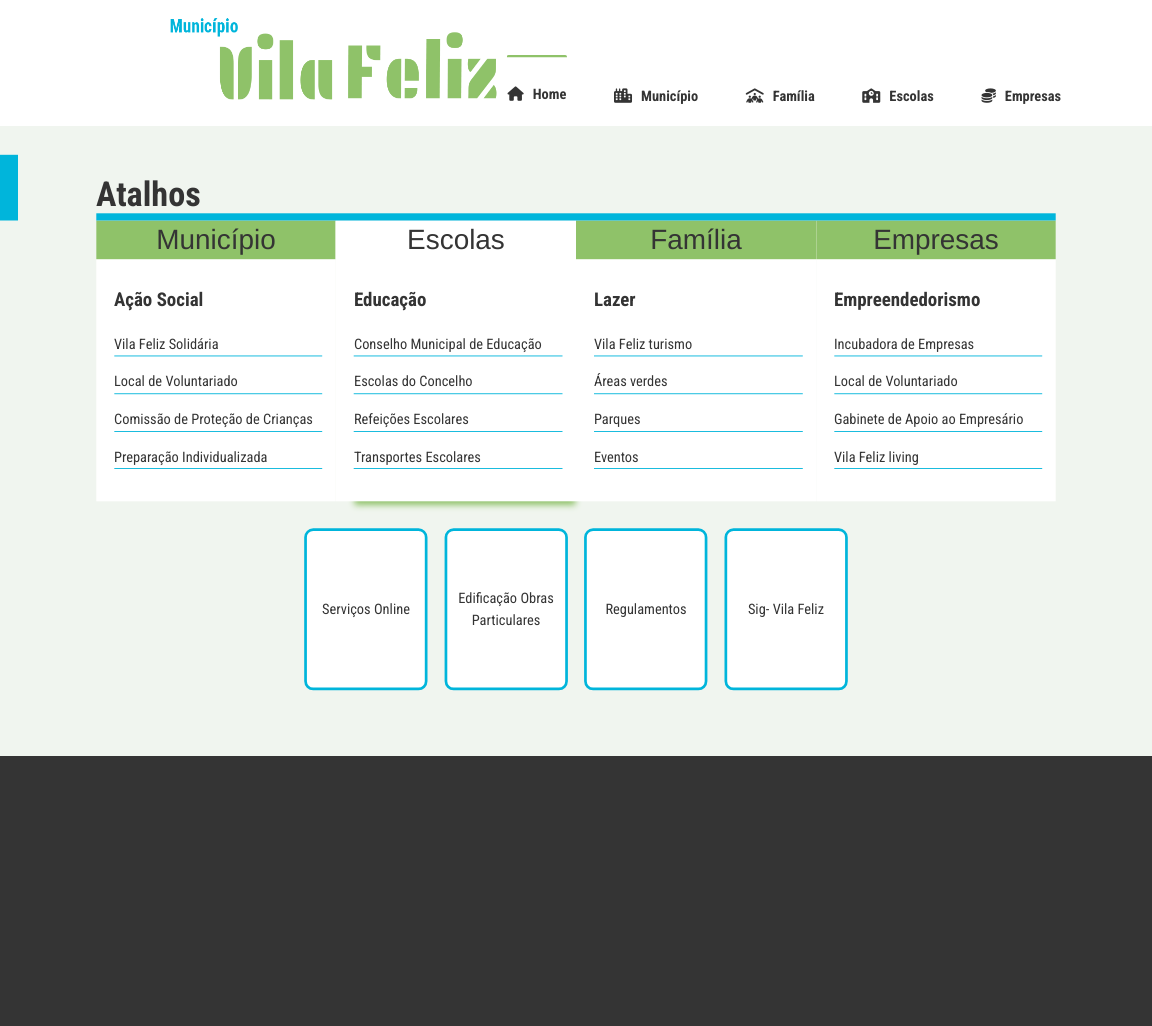
Repository: Goulart94/CmVilaFeliz
Page: municipio.html
The author's editor kept a copy of each file at every save. The page is drawn from the files as they stood at one save, then again after the next save.
The browser window is 1280 px wide. The pictures show the whole page, at 90% of full size.
Some web libraries are served in a nearby version. The style sheet was rebuilt from its Sass, Less or Tailwind sources for each picture, by a compiler version that may differ from the author's.

Above is the page before, as saved 2022-05-17 14:13:20.

### municipio.html
<!doctype html>
<html class="no-js" lang="pt" dir="ltr">

<head>
  <meta charset="utf-8">
  <meta http-equiv="x-ua-compatible" content="ie=edge">
  <meta name="viewport" content="width=device-width, initial-scale=1.0">
  <title>Foundation for Sites</title>
  <link rel="stylesheet" href="./css/foundation/foundation.css">
  <link rel="stylesheet" href="https://unpkg.com/swiper@8/swiper-bundle.min.css" />
  <link rel="stylesheet" href="./css/styleCity/app.css">
  <link rel="preconnect" href="https://fonts.googleapis.com">
  <link rel="preconnect" href="https://fonts.gstatic.com" crossorigin>
  <link href="https://fonts.googleapis.com/css2?family=Roboto+Condensed:wght@400;700&display=swap" rel="stylesheet">
  <script src="https://kit.fontawesome.com/14f2d6eca8.js" crossorigin="anonymous"></script>
</head>

<body>
<!--header-->
  <div class="ContaineHeader grid-x">
    <div class="logo cell small-4 medium-8 large-4">
      <img src="./images/logo.png" alt="logo">
    </div>
    <div class="navBar cell small-8 medium-4 large-8">
      <nav class="float-right">
        <ul>
          <li><a href="./home.html" class="active"><i class="fa-solid fa-house"></i>Home</a></li>
          <li><a><i class="fa-solid fa-city"></i>Município</a></li>
          <li><a><i class="fa-solid fa-people-roof"></i>Família</a></li>
          <li><a><i class="fa-solid fa-school"></i>Escolas</a></li>
          <li><a><i class="fa-solid fa-coins"></i>Empresas</a></li>
        </ul>
      </nav>
    </div>
  </div>
  <!--section 1-->
  <section class=" containerSection bgGray150">
    <div class="contentHeader grid-x ">
      <div class="formaContent cell small-1 medium-1 large-1 ">
        <div class="formaSmall"></div>
      </div>
      <div class="divTitle cell small-10 medium-10 large-10">
        <span class="title">Atalhos</span>
        <div class="formaLarge"></div>
      </div>

    </div>
    <div class="contentShortcuts grid-x ">
      <div class=" cell small-10 medium-offset-1 large-10  grid-x ">
        <div class=" cell small-3 medium-3 large-3">
          <div class="shortcuts ">
            <h3>Município</h3>
            <span>Ação Social</span>
            <ul>
              <li><a>Vila Feliz Solidária</a></li>
              <li><a>Local de Voluntariado</a> </li>
              <li><a>Comissão de Proteção de Crianças</a></li>
              <li><a>Preparação Individualizada</a></li>
            </ul>
          </div>

        </div>
        <div class="cell small-3 medium-3 large-3">
          <div class="shortcuts active">
            <h3>Escolas</h3>
            <span>Educação</span>
            <ul>
              <li><a>Conselho Municipal de Educação</a></li>
              <li><a>
                  Escolas do Concelho
                </a> </li>
              <li><a>Refeições Escolares</a></li>
              <li><a>Transportes Escolares</a></li>
            </ul>
          </div>

        </div>
        <div class="cell small-3 medium-3 large-3">
          <div class="shortcuts">
            <h3>Família</h3>
            <span>Lazer</span>
            <ul>
              <li><a>Vila Feliz turismo</a></li>
              <li><a>Áreas verdes</a> </li>
              <li><a>Parques</a></li>
              <li><a>Eventos</a></li>
            </ul>
          </div>
        </div>
        <div class="cell small-3 medium-3 large-3">
          <div class="shortcuts">
            <h3>Empresas</h3>
            <span>Empreendedorismo</span>
            <ul>
              <li><a>Incubadora de Empresas</a></li>
              <li><a>Local de Voluntariado</a> </li>
              <li><a>Gabinete de Apoio ao Empresário</a></li>
              <li><a>Vila Feliz living</a></li>
            </ul>
          </div>
        </div>
      </div>
     <div class="cell small-10 medium-offset-1 large-10 align-center  grid-x  ">
       <div class=" cell small-7 medium-7 large-7  grid-margin-x shortcutsDirect">
      <div class="link"><span>Serviços Online</span></div>
       <div class="link"><span>Edificação Obras Particulares</span></div>
       <div class="link"><span>Regulamentos</span></div>
       <div class="link"><span>Sig- Vila Feliz</span></div>
      </div>
     </div>
    </div>
  </section>

  <!--Footer-->
  <div class="footer">

  </div>







  <script src="js/vendor/jquery.js"></script>
  <script src="js/vendor/what-input.js"></script>
  <script src="js/vendor/foundation.js"></script>
  <script src="js/app.js"></script>
  <script src="https://unpkg.com/swiper/swiper-bundle.min.js"></script>



</body>

</html>

### css/styleCity/app.scss
//style Globol

* {
    margin: 0;
    padding: 0;
    color: var(--gray-900);
    box-sizing: border-box;


  }
    a {
      color: inherit;
      text-decoration: inherit;
    }

    button:hover {
      cursor: pointer;
    }

    a:hover {
      cursor: pointer;
    }

  //colors
  :root {


    --white: #FFFFFF;
    --gray-150: #f0f5ef;
    --green-300: #8FC269;
    --blue-300: #00B5DB;
    --gray-900: #343434;
  }

  //Fonts Google

  body {
    background-color: var(--white);
    font-family: Roboto Condensed, sans-serif;
    color: var(--gray-900);
  }

  //Header ---------------------------------

  .ContaineHeader {
    width: 100%;
    height: 140px;

    display: flex;
    align-items: flex-end;
    background-color: var(--white);




    .logo {
      margin-bottom: 16px;

      img {
        margin-left: 162px;
        max-width: 450px;
      }

    }

    .navBar {
      nav {
        margin-right: 100px;

        ul {
          display: flex;
          list-style-type: none;
          justify-items: flex-end;

          li {

            margin-bottom: 16px;
            margin-left: 35px;

             a{

              line-height: 83px;
              height: 52px;
              margin-left: 16px;
              padding: 1px;
              display: block;
              position: relative;
              font-weight: bold;
              border-top: 3px solid var(--white);
              border-radius: 2px;

              transition: 0.3s;

              i{
                margin-right: 10px;
                color: var(--gray-900);
              }

             }
            a:hover{

              border-top: 3px solid var(--blue-300);

            }

            .active{
              line-height: 5rem;
              border-top: 3px solid var(--green-300);
              border-radius: 2px;

           }

           &.active::after{
               content: '';
               border-top: 3px solid var(--green-300);
               border-radius: 2px;
               width: 100%;
               position: absolute;

           }

          }
        }
      }
    }
  }

  //Section 1-----------------------------------------------------


  .containerSectionOne {
    width: 100%;
    height: 100vh;
    background-image: url("../images/imgSection1.jpg");
    background-size: cover;

    .containerImg {
      width: 65%;
      display: flex;
      align-items: center;
      margin: 0 auto;

      img {
        margin-top: 140px;
      }
    }
  }

  //section 2, foi alterado o código base de alguns elementos do Foundation. (cor e text e buttom alterados para melhorar a acessibilidade.)
  .containerSectionTwo {
    width: 100%;


    img {
      height: 700px;
      object-fit: fill;
    }

    .news {
      width: 100%;
      display: flex;
      flex-direction: column;
      z-index: 10;
      color: var(--white);

      .now {
        color: var(--white);
        margin-left: 10.5%;
        max-width: 180px;
        padding: 5px;

        background-color: var(--blue-300)
      }

      .allNews {
        color: var(--white);
        max-width: 150px;
        margin-left: 10.5%;
        padding: 5px;
        background-color: var(--green-300)
      }
      .allNews:hover{
        cursor: pointer;
        font-weight: 700;
      }
    }

    .containerText {
      max-height: 500px;
      margin: 0 auto;
      background-color: rgba(52, 52, 52, 0.8);
      border-radius: 10px;
      padding: 17px;
      overflow: hidden;

      h1 {

        font-size: 48px;
        font-weight: bold;
        text-align: left;
        color: var(--white);
      }

      p {
        height: 200px;
        text-align: left;
        font-size: 16px;
        color: var(--white);
        overflow: hidden;

      }
    }

    .buttomSlider {
      font-size: 90px;
      color: var(--green-300);
    }

    .buttomInfo{
      float: right;
      color: var(--gray-900);
      background: var(--white);
      z-index: 9999999 !important;

      border-radius: 10px;
      padding: 8px;
      transition: 0.3s;

      span {
        color: var(--blue-300);
        font-weight: 700;
      }

      &:hover{
        transform:  scale(1.2) !important;
      }

    }
    .buttomInfo:hover{
      cursor: pointer;
      transform:  scale(1.2) !important;
    }


  }

  //sectio 3----------------------------------------*


  .conteinerSectiontree {
    display: flex;
    justify-content: space-evenly;
    width: 100%;
    height: 700px;
    background: url(../images/formas.png);
    background-size: cover;
    background-size: 100% 100%;

    .contentPhone {

      display: flex;
      position: relative;

      div {
        width: 100%;
        display: flex;
        justify-content: flex-end;
        position: absolute;
        bottom: 0;

        img {
          margin-right: 15%;
          max-height: 600px;
        }
      }
    }

    .containerTextAPP {

      display: flex;
      justify-content: right;
      align-items: center;
      margin-top: 30px;

      .textApp {
        max-width: 600px;

        padding: 16px;

        .containerButtom {
          width: 80%;
          display: flex;
          justify-content: space-between;
          align-items: center;

          .buttomPlayStore {
            width: 200px;
            padding: 16px;
            border-radius: 20px;
            background: var(--green-300);
            font-weight: 700;
            transition: 0.3s;
          }

          .buttomAppStore {
            width: 200px;
            padding: 16px;
            border-radius: 20px;
            background: var(--blue-300);
            font-weight: 700;
            transition: 0.3s;
          }
        }

        .buttomPlayStore:hover {
          transform: scale(1.1);

        }

        .buttomAppStore:hover {
          transform: scale(1.1);
        }


      }

    }

  }



  //section 4, foi usado classes da section nas demais section para criação das formas do header---*
  .bgGray150 {
    background: var(--gray-150);
  }

  .bgGray50 {
    background: var(--white);
  }
  //formas cabeçalho das sections 4, 5, 6
  .ruleGreen{
    width: 100%;
    height: 43.8px;
    background: var(--green-300);
  }

  .containerSection {
    width: 100%;
    height: 700px;

    .contentHeader {
      width: 100%;
      height: 15%;


      .divTitle {
        display: flex;
        position: relative;

        .title {
          position: absolute;
          bottom: 0;
          font-weight: 700;
          font-size: 38px;
        }


        .formaLarge {
          position: absolute;
          bottom: 0;
          width: 100%;
          height: 8px;
          background-color: var(--blue-300);
        }
      }

      .formaContent {
        display: flex;
        position: relative;


        .formaSmall {
          position: absolute;
          bottom: 0;
          width: 20px;
          height: 70%;
          background-color: var(--blue-300);
        }
      }
    }
  /// end.*

    .contentShortcuts {

      width: 100%;



      .shortcuts {
        height: 100%;
        padding-bottom: 20px;
        background: var(--white);


        h3 {

          font-weight: 400;
          background: var(--green-300);
          text-align: center;
          margin-bottom: 30px;
        }

        span {
          margin: 20px;
          font-size: 21px;
          font-weight: 700;
        }

        ul {
          margin-top: 20px;
          list-style-type: none;

          li {
            margin-bottom: 15px;
            margin-right: 15px;
            border-bottom: 1px solid var(--blue-300);
          }
        }

        a:hover {
          font-weight: 700;
        }

        &.active{
           h3{
             background: var(--white);
           }
           box-shadow: 10px 14px 7px -10px var(--green-300);
        }
      }
    }

    .shortcutsDirect{
      margin-top: 20px;
      height: 200px;
      display: flex;
      align-items: center;
      justify-content: space-around;


       .link{
      background: var(--white);
       display:flex;
       align-items: center;
       text-align: center;
       width: 22%;
       height: 90%;
       border: 3px solid var(--blue-300);
       border-radius: 10px;
       transition: 0.3s;
        span{

          margin: 0 auto;
        }
       }
       .link:hover{
         cursor: pointer;
         transform: scale(1.1);
       }

    }


  }


  //section 5 && section 6-------------------------------*

  .contentAboutUs {
    width: 100%;
    height: auto;


    .containerText {
      height: 500px;
      display: flex;
      align-items: center;


      .contentText {
        margin: 0 auto;
        max-width: 600px;
        height: 90%;
        display: flex;
        flex-direction: column;
        position: relative;


        p {
          margin-bottom: 10px;
          padding-left: 16px;
          padding-right: 16px;
          height: 80%;
          overflow: hidden;
          span{
            font-weight: 700;
          }
        }

        .buttomKnowMore {
          position: absolute;
          right: 0;
          bottom: 0;
          padding: 10px 20px 10px 20px;
          border-radius: 10px;
          border: 3px solid var(--green-300);
          font-weight: 700;
          span{
            color: var(--blue-300);
          }
          transition: 0.3s;

        }
        .buttomKnowMore:hover{
            transform: scale(1.1);
          }

      }
    }


    .containerImg {

      height: 100%;
      display: flex;
      align-items: center;

      .contentImg {
        margin-left: 20px;
        margin-right: 20px;
        height: 90%;

        img {

          height: 100%;
        }
      }

    }

  }

  //section 7 --------------------------------------------*

  .contentschedule{
     width: 100%;
  }


  .contentDates{
    width: 100%;
    max-height: 500px;
    display: flex;
    flex-direction: column;



       .allDates{
         color: #00B5DB;
         font-weight: 700;
         margin: 0 30px 20px 0;
         padding-bottom: 5px;
         max-width: 250px;
         float: right;
         border-bottom: 3px solid var(--green-300);
         transition: 0.3s;
         i{
           color: var(--gray-900);
           margin-right: 5px;
         }

       }
       .allDates:hover{
         transform: scale(1.1);
       }



  }

  .buttomPreviousSlider{
    font-size: 90px;
    color: var(--green-300);
    float: left;

  }
  .buttomNextSlider {
    font-size: 90px;
    color: var(--green-300);
    float:right;
    width: auto;

  }

  .contentSlider{
    width: 90%;
    height: 450px;
    margin: 0 auto;

    display: flex;
    justify-content: space-around;
    align-items: center;
    .news{
      display: flex;
      flex-direction: column;
      margin: 10px;
      width: 210px;
      height: 380px;
      overflow: hidden;
      background-color: var(--white);

       .containerImg{

         width: 100%;
         height: 250px;
         img{
           width:100% ;
           height: 250px;
         }
       }


      .infoNews{
        padding: 0;
        margin: 10px;
        list-style-type: none;


        .title{
          font-size: 21px;
          margin-bottom: 10px;
        }
        .date{
          font-size: 18px;
        }
        .place{
          font-size: 14px;
        }
      }
    }
    .news:hover{
      cursor: pointer;
    }

  }


  //footer-----------------------------------------------

  .footer{
    width: 100%;
    height: 300px;
    background: #343434;
  }

Loaded but not shown: js/vendor/jquery.js (library); js/vendor/what-input.js (library); js/vendor/foundation.js (library); js/app.js (common file); css/foundation/foundation.scss (6468 lines, source omitted)

After the next save:
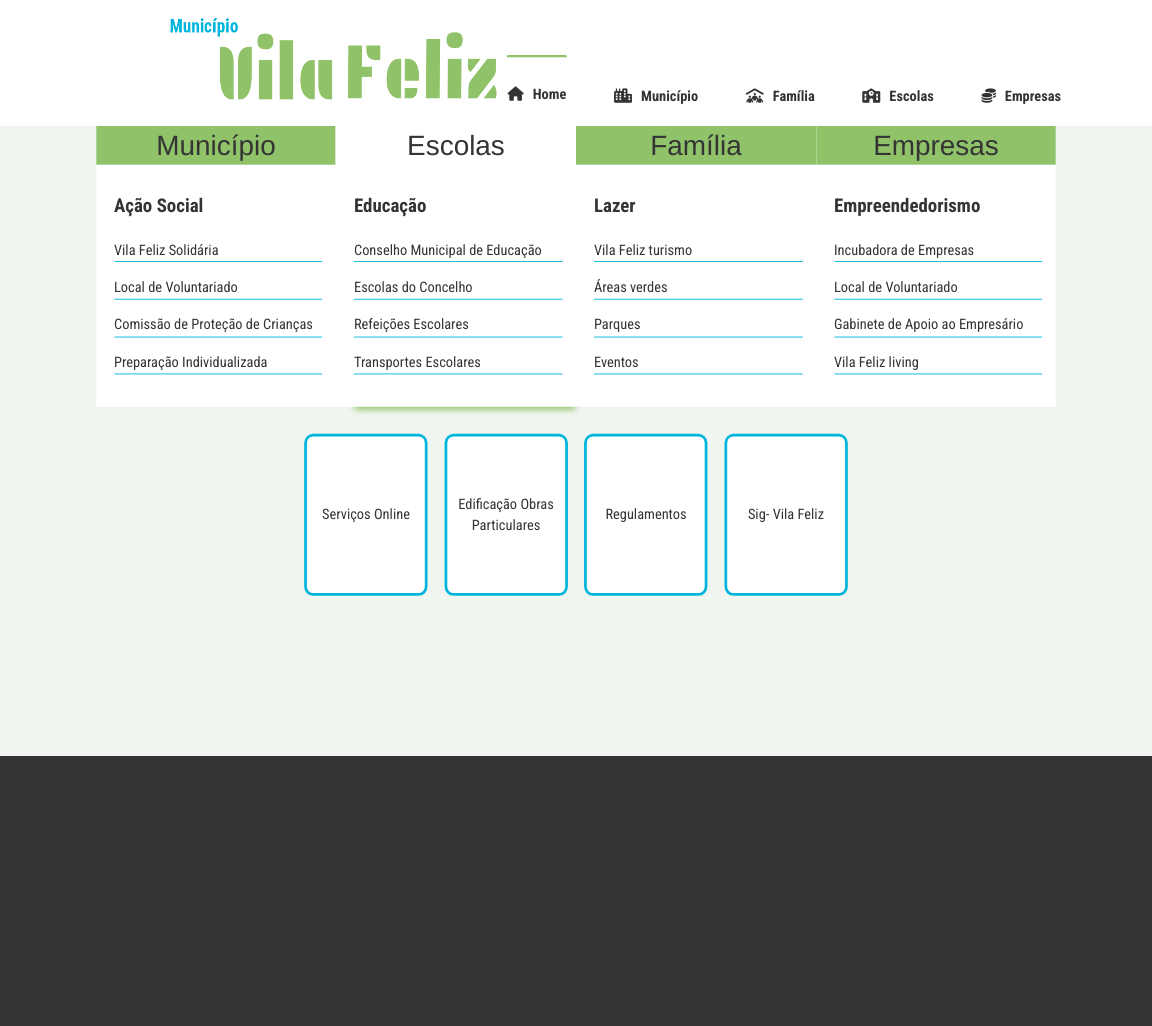
Saved 32 s later.
--- a/municipio.html
+++ b/municipio.html
@@ -35,16 +35,7 @@
   </div>
   <!--section 1-->
   <section class=" containerSection bgGray150">
-    <div class="contentHeader grid-x ">
-      <div class="formaContent cell small-1 medium-1 large-1 ">
-        <div class="formaSmall"></div>
-      </div>
-      <div class="divTitle cell small-10 medium-10 large-10">
-        <span class="title">Atalhos</span>
-        <div class="formaLarge"></div>
-      </div>
 
-    </div>
     <div class="contentShortcuts grid-x ">
       <div class=" cell small-10 medium-offset-1 large-10  grid-x ">
         <div class=" cell small-3 medium-3 large-3">
